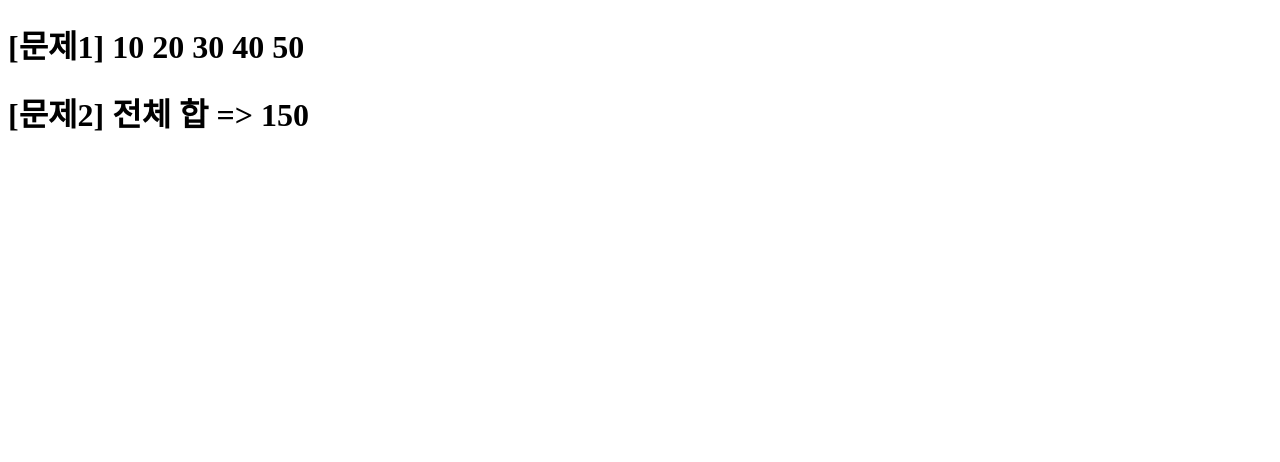
Repository: jjuhye/JSPWorkspace
Page: http://localhost/basic/test01.jsp
The author's editor kept a copy of each file at every save. The page is drawn from the files as they stood at one save, then again after the next save.
The browser window is 1280 px wide. The pictures show the whole page.
The page is served by Tomcat 9. Other server files are loaded and not shown.

Above is the page before, as saved 2023-02-21 03:03:12.

### basic/src/main/webapp/test01.jsp
<%@ page language="java" contentType="text/html; charset=UTF-8"
    pageEncoding="UTF-8"%>
<!DOCTYPE html>
<html>
<head>
<meta charset="UTF-8">
<title>Insert title here</title>
</head>
<body>
<%--
    [1] JSP는 자바 서버 페이지의 약자이다.

    [2] JSP의 역할
        HTML 페이지에서 아래 4개의 태그를 추가로 사용할 수 있다.

        (1) 지시자(Directive) 태그            <%@ %>
        (2) 표현식(Expression) 태그        <%= %>
        (3) 스크립트릿(Scriptlet) 태그        <%  %>
        (4) 선언자(Declaration) 태그        <%! %>        (사용하지 않음)
 --%>
 <%--
    [1] 스크립트릿 태그
        (1) 사용법 : <% %>
        (2) 자바 변수를 사용할 수 있다.

    [2] 익스프레션 태그
        (1) 사용법 : <%= %>
        (2) 자바 변수를 출력할 수 있다.
--%>

<%--
      [문제1] 10부터 50까지 arr 배열에 저장후 배열안의 모든값을 출력한다.
        [정답1] 10 20 30 40 50             <h1> </h1>

        [문제2] array 배열안의 모든값의 합을 출력한다.
        [정답2] 150
--%>
<%
	int[] arr = {10,20,30,40,50};
	String data="";
	for(int i=0; i<arr.length; i++){
		data+=arr[i]+" ";
	}

	int sum=0;
	for(int i=0; i<arr.length; i++){
		sum+=arr[i];
	}
%>
<h1>[문제1] <%=data %></h1>
<h1>[문제2] 전체 합 => <%=sum %></h1>
</body>
</html>

After the next save:
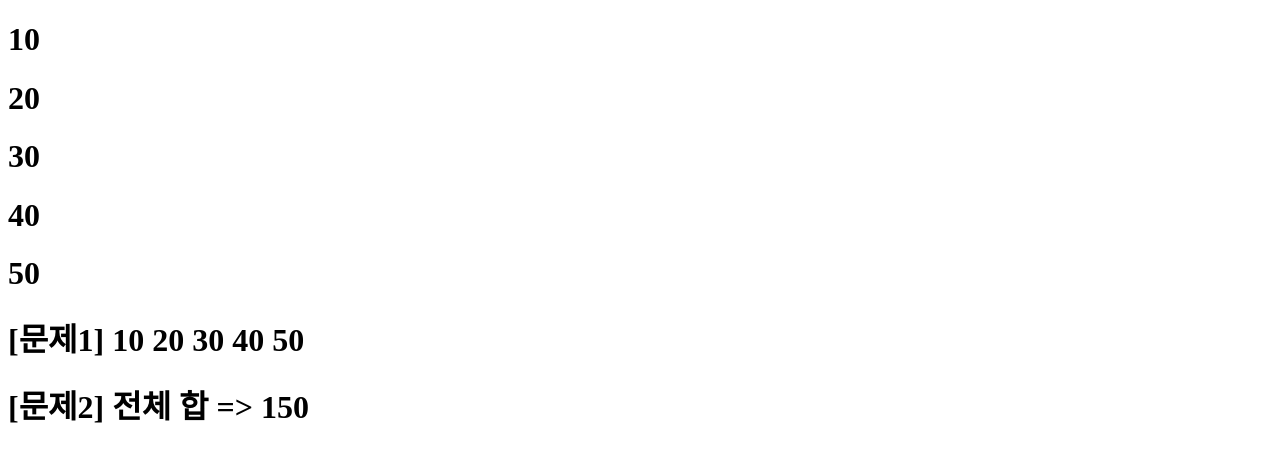
Saved 2 min 50 s later.
--- a/basic/src/main/webapp/test01.jsp
+++ b/basic/src/main/webapp/test01.jsp
@@ -46,6 +46,10 @@
 	for(int i=0; i<arr.length; i++){
 		sum+=arr[i];
 	}
+
+	for(int i=0; i<arr.length; i++){
+		out.println("<h1>"+arr[i]+"<h1>");
+	}
 %>
 <h1>[문제1] <%=data %></h1>
 <h1>[문제2] 전체 합 => <%=sum %></h1>
